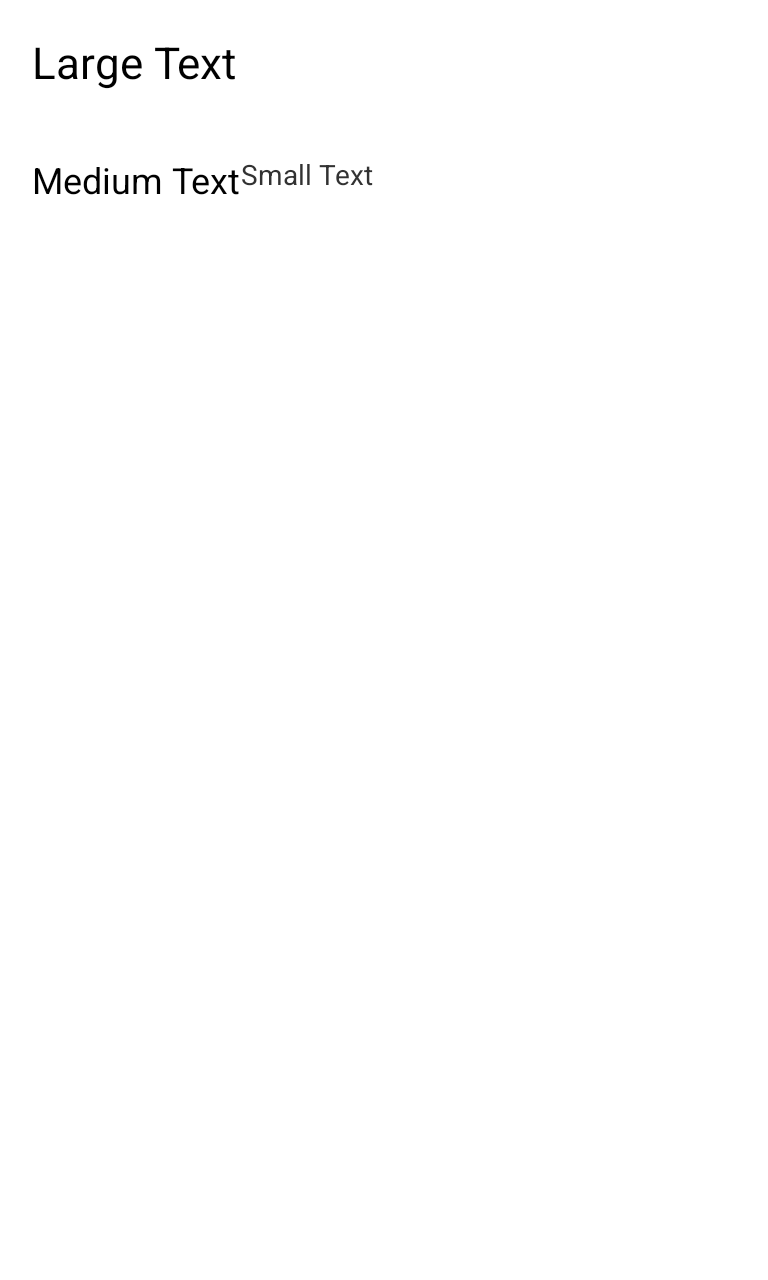
Repository: softwhisper/CiticAndroid-Migrated
Layout: And25.Completo/res/layout/student_list_item.xml
An editor plug-in stored every save of this project. The layout is shown before and after the next save, followed by the edit.
It is drawn on a 768 x 1280 px phone screen (xhdpi) without system bars, with theme AppTheme; the app's code is not run.

Above is the layout before, as saved 2014-11-14 09:34:16.

After the next save:
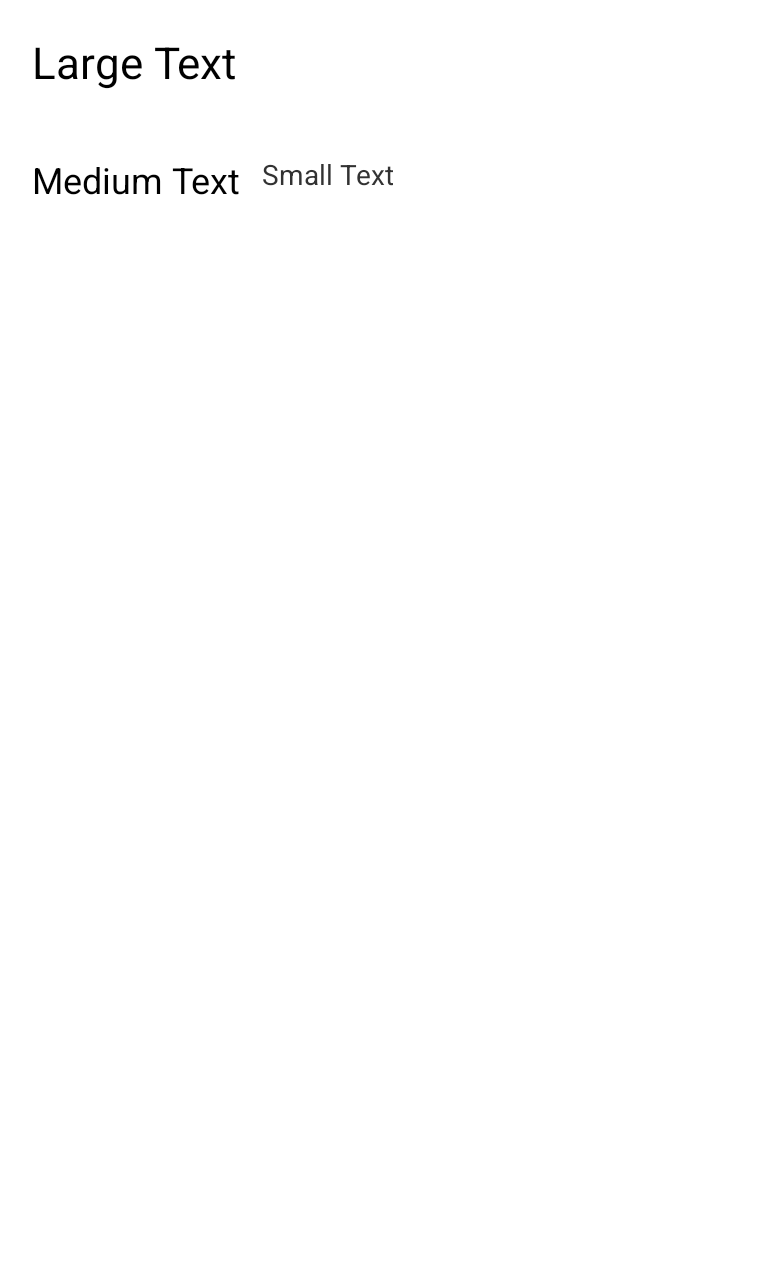
Saved 102 s later.
--- a/And25.Completo/res/layout/student_list_item.xml
+++ b/And25.Completo/res/layout/student_list_item.xml
@@ -22,6 +22,7 @@
             android:id="@+id/txtEmail"
             android:layout_width="wrap_content"
             android:layout_height="wrap_content"
+            android:layout_marginRight="10dp"
             android:text="Medium Text"
             android:textAppearance="?android:attr/textAppearanceMedium" />
 
@@ -29,7 +30,9 @@
             android:id="@+id/txtCity"
             android:layout_width="wrap_content"
             android:layout_height="wrap_content"
-            android:layout_gravity="left"
+            android:layout_gravity="right"
+            android:layout_marginRight="10dp"
+            android:gravity="right"
             android:text="Small Text"
             android:textAppearance="?android:attr/textAppearanceSmall" />
 
